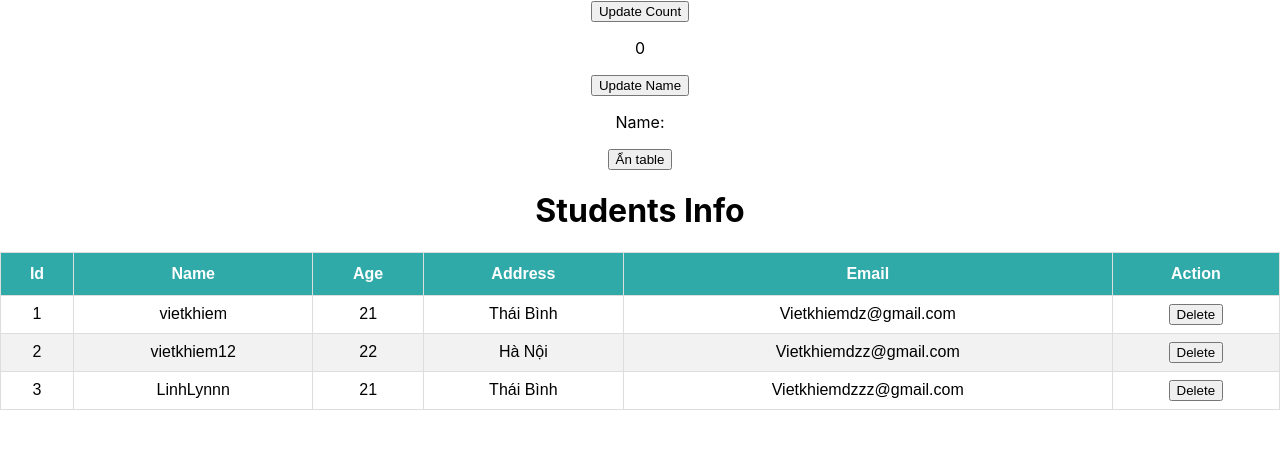
Repository: vietkhiem/TypeScript
Page: /
An editor plug-in stored every save of this project. The page is shown before and after the next save, followed by the edit.
The browser window is 1280 px wide. The pictures show the whole page.
The project was rebuilt for these pictures with package versions that can differ from the ones it lists, and the page was loaded fresh each time.

Above is the page before, as saved 2022-03-18 17:22:48.

After the next save:
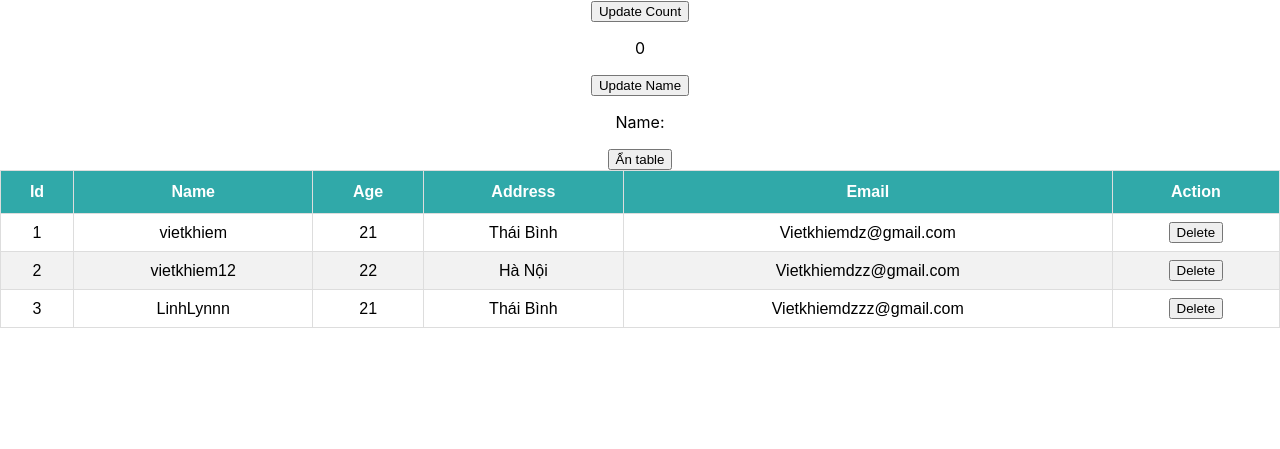
Saved 4 min 41 s later.
--- a/src/pages/login/index.tsx
+++ b/src/pages/login/index.tsx
@@ -2,6 +2,8 @@ import React from 'react'
 
 export default function Login() {
   return (
-    <h1>Students Info</h1>
+    <>
+
+    </>
   )
 }
